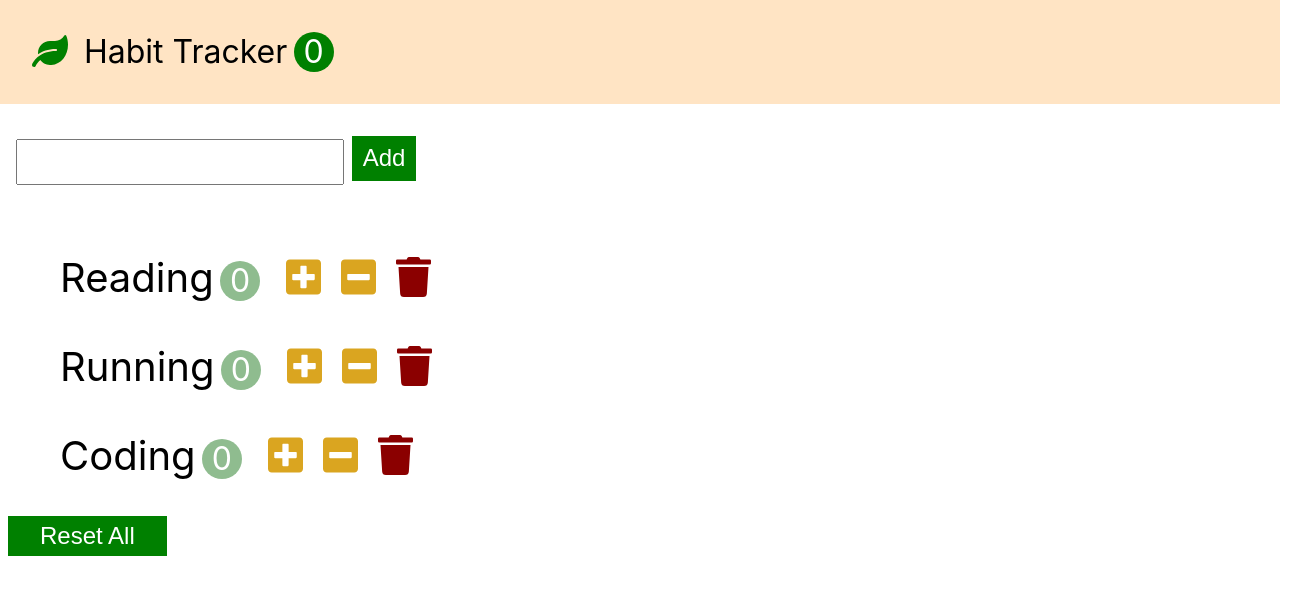
Repository: keehoonjung/react-habit-tracker
Page: / (app in react/habit-tracker/)
These files come from the project's save history. The page is drawn as it stood at one moment and after the next save; the edit follows.
The browser window is 1280 px wide. The page is 1312 px wide, so the pictures cover 1312 px, including what lies to the right of the window. The pictures show the whole page.
The project was rebuilt for these pictures with package versions that can differ from the ones it lists, and the page was loaded fresh each time.

Above is the page before, as saved 2021-08-30 19:18:16.

After the next save:
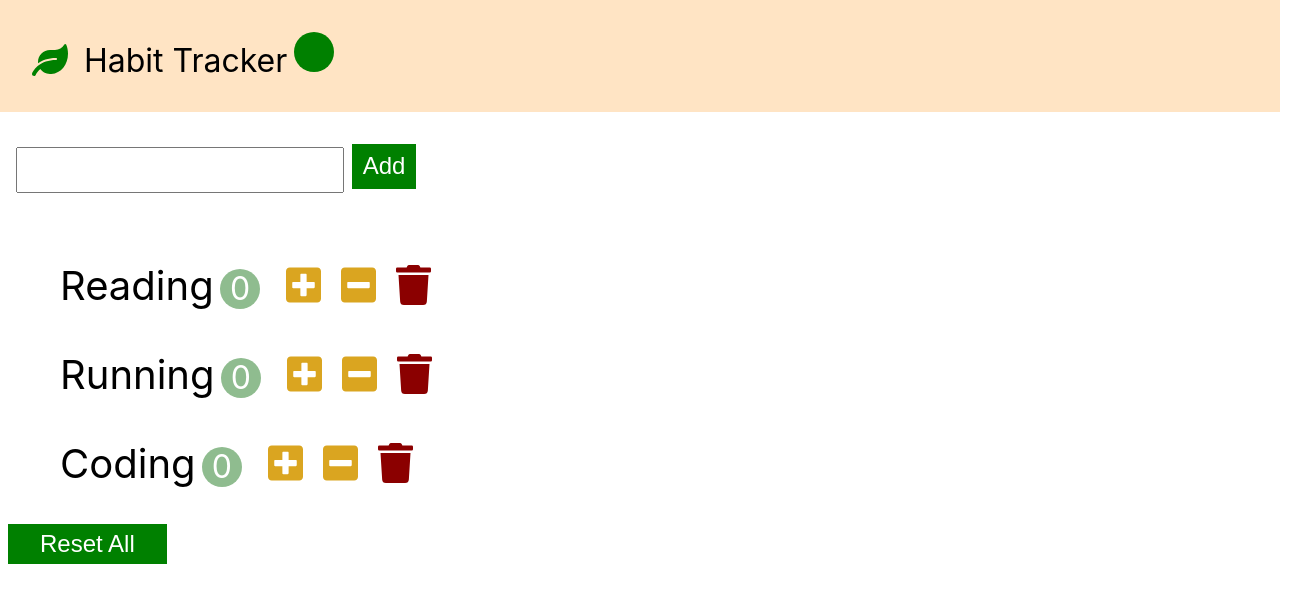
Saved 5 min 4 s later.
--- a/react/habit-tracker/src/app.jsx
+++ b/react/habit-tracker/src/app.jsx
@@ -56,9 +56,9 @@
     return (
       <>
         <Navbar
-          totalScore={this.state.habits.reduce((prev, curr) => {
-            return prev + curr.count;
-          }, 0)}
+          totalScore={this.state.habits.filter((habit) => {
+            habit.count > 0;
+          })}
         />
         <div className="input-container">
           <input type="text" className="input" />

After the 3 saves that followed:
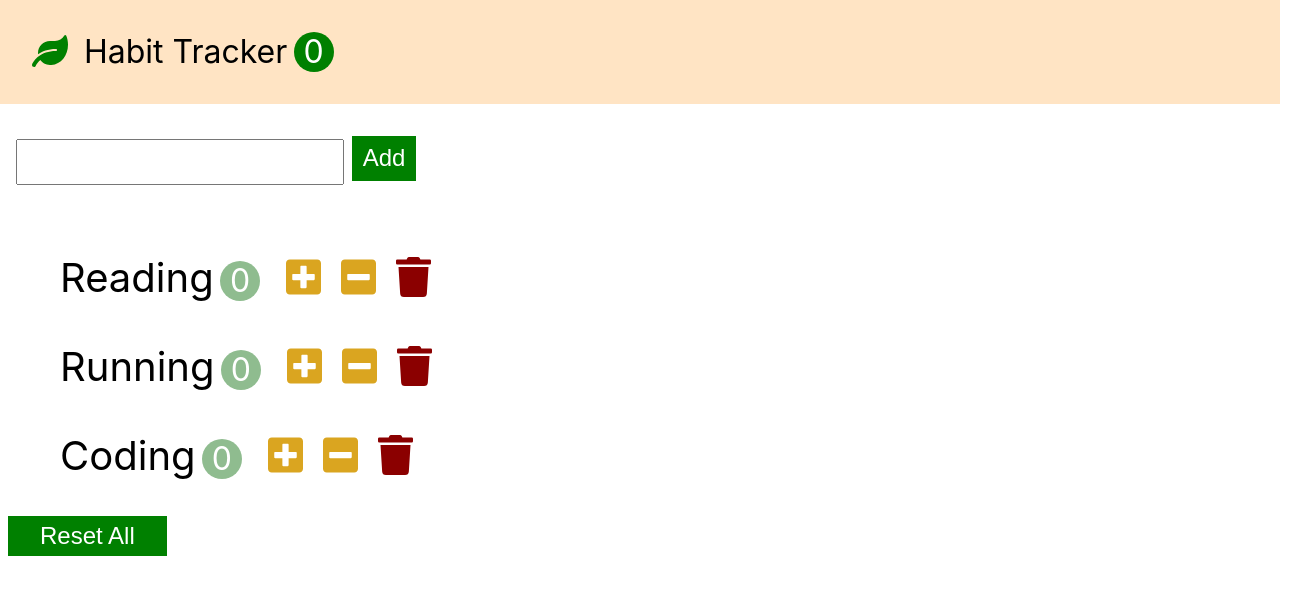
The 3 saves are shown as one change because 1 did not build or start and 1 left the picture as it was.
The last was saved 48 s later.
--- a/react/habit-tracker/src/app.jsx
+++ b/react/habit-tracker/src/app.jsx
@@ -56,9 +56,9 @@
     return (
       <>
         <Navbar
-          totalScore={this.state.habits.filter((habit) => {
-            habit.count > 0;
-          })}
+          totalScore={
+            this.state.habits.filter((habit) => habit.count > 0).length
+          }
         />
         <div className="input-container">
           <input type="text" className="input" />
